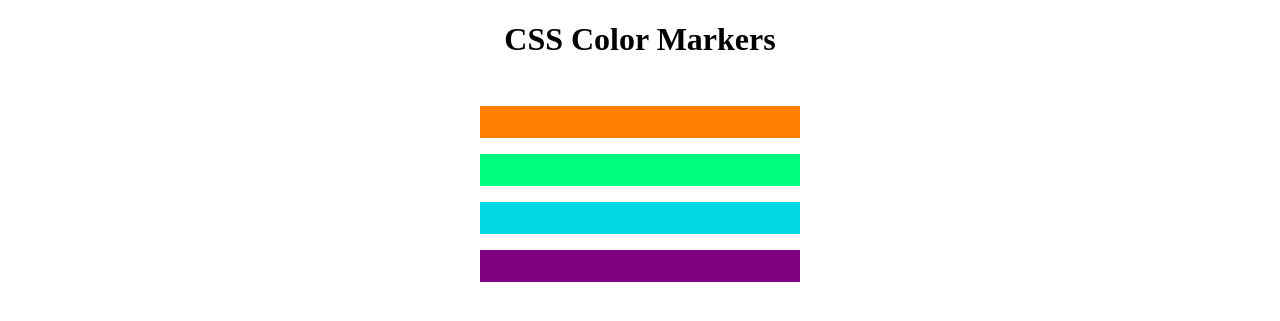
Repository: Lungdjos/color_markers
Page: index.html
An editor plug-in stored every save of this project. The page is shown before and after a run of saves, followed by the edit.
The browser window is 1280 px wide. The pictures show the whole page.

Above is the page before, as saved 2023-09-13 11:28:24.

### index.html
<!DOCTYPE html>
<html lang="en">

<head>
    <meta charset="UTF-8">
    <meta name="viewport" content="width=device-width, initial-scale=1.0">
    <title>Colored Markers</title>
    <link rel="stylesheet" href="styles.css">
</head>

<body>
    <h1>CSS Color Markers</h1>
    <div class="container">
        <div class="marker one"></div>
        <div class="marker two"></div>
        <div class="marker three"></div>
        <div class="marker four"></div>
    </div>
</body>

</html>

### styles.css
/* STYLING */

h1 {
    text-align: center;
}

.marker {
    /* background-color: red; */
    width: 320px;
    height: 32px;
    margin: 16px auto;
}

.one {
    background-color: rgb(255, 127, 0);
}

.two {
    background-color: rgb(0, 255, 127);
}

.three {
    background-color: rgb(0, 215, 227);
}

.four {
    background-color: rgb(127, 0, 127);
}

.container {
    background-color: rgb(255, 255, 255);
    margin: auto;
    padding: 10px 0px;
}

After the next 2 saves:
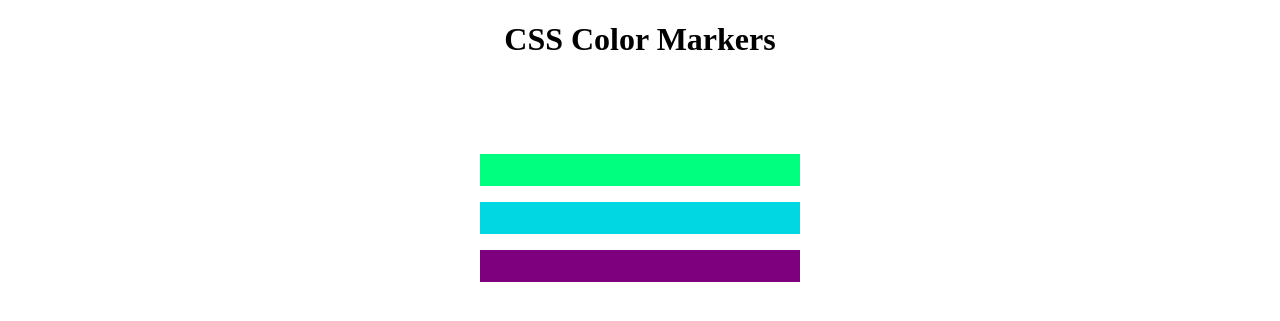
The 2 saves are shown as one change because they came seconds apart.
The last was saved 30 h 52 min later.
--- a/index.html
+++ b/index.html
@@ -11,7 +11,7 @@
 <body>
     <h1>CSS Color Markers</h1>
     <div class="container">
-        <div class="marker one"></div>
+        <div class="marker orange"></div>
         <div class="marker two"></div>
         <div class="marker three"></div>
         <div class="marker four"></div>
